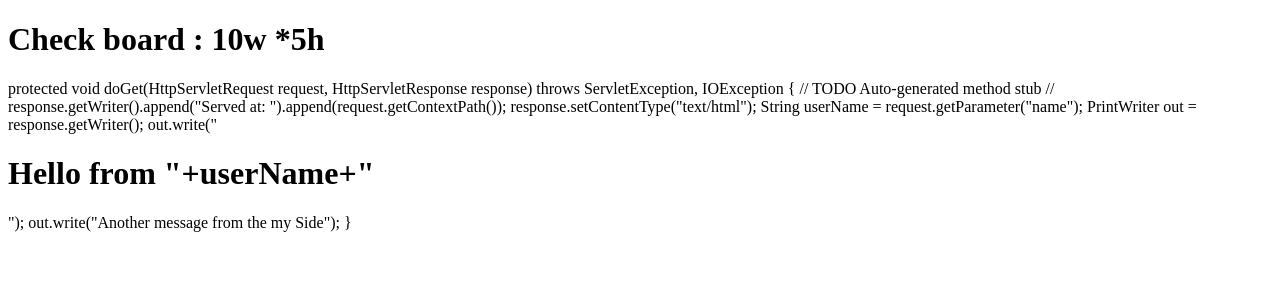
Repository: santsah11/javaStack
Page: http://localhost/checkerboard/checkerboard.jsp
The author's editor kept a copy of each file at every save. The page is drawn from the files as they stood at one save, then again after the next save.
The browser window is 1280 px wide. The pictures show the whole page.
The page is served by Tomcat 9.

Above is the page before, as saved 2018-11-30 21:33:25.

After the next save:
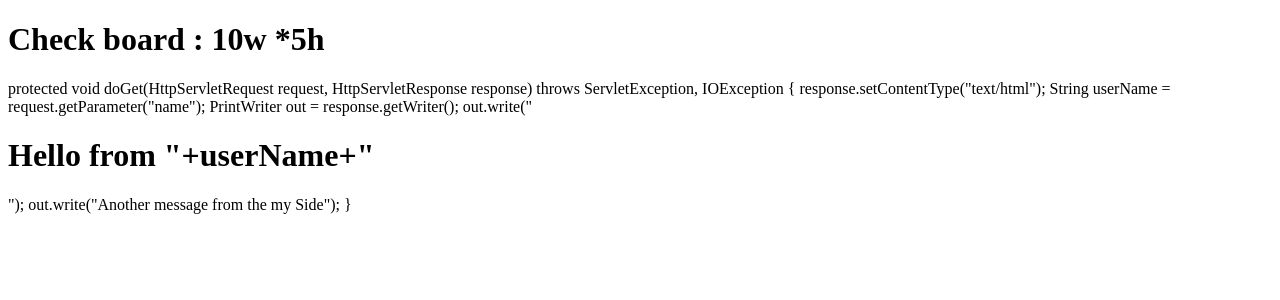
Saved 29 s later.
--- a/javaOntheWeb/checkerboard/WebContent/checkerboard.jsp
+++ b/javaOntheWeb/checkerboard/WebContent/checkerboard.jsp
@@ -9,8 +9,6 @@
 <body>
 	<h1>Check board : 10w *5h </h1>
 	protected void doGet(HttpServletRequest request, HttpServletResponse response) throws ServletException, IOException {
-		// TODO Auto-generated method stub
-//		response.getWriter().append("Served at: ").append(request.getContextPath());
 
 		response.setContentType("text/html");
 		String userName = request.getParameter("name");
